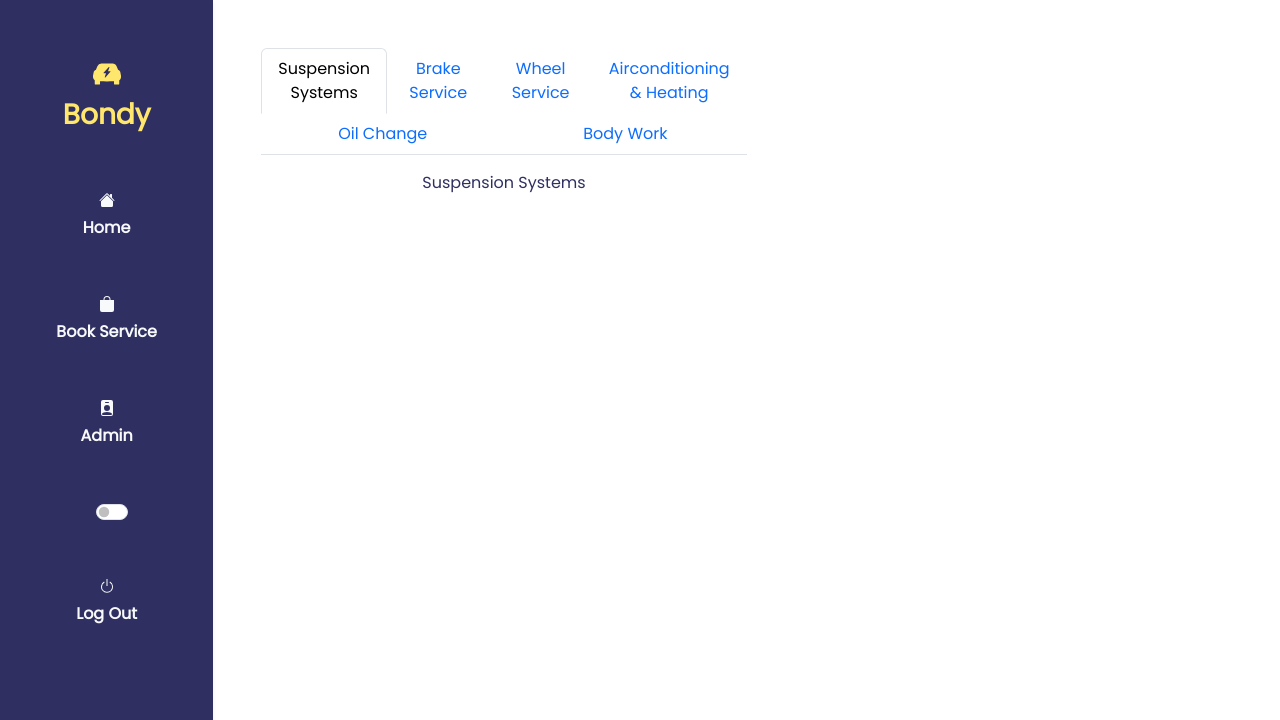
Repository: duzzisantos/bondy
Page: /book-service
These files come from the project's save history. The page is drawn as it stood at one moment and after the next save; the edit follows.
The browser window is 1280 px wide. The pictures show the whole page.
Some web libraries are served in a nearby version. The project was rebuilt for these pictures with package versions that can differ from the ones it lists, and the page was loaded fresh each time. Also part of the build but not shown: src/components/Home/LandingPage.scss, src/components/Home/LandingPageScrollContainer.tsx, src/components/Home/TrendingServices.tsx, src/views/LandingPage.tsx, src/components/Services/ServiceTemplate.tsx, src/views/Services.tsx.

Above is the page before, as saved 2023-06-25 15:24:50.

### public/index.html
<!DOCTYPE html>
<html lang="en">
  <head>
    <meta charset="utf-8" />
    <link rel="icon" href="%PUBLIC_URL%/favicon.ico" />
    <meta name="viewport" content="width=device-width, initial-scale=1" />
    <meta name="theme-color" content="#000000" />
    <meta
      name="description"
      content="Web site created using create-react-app"
    />
    <link rel="apple-touch-icon" href="%PUBLIC_URL%/logo192.png" />
    <!-- Option 1: Include in HTML -->
    <link
      rel="stylesheet"
      href="https://cdn.jsdelivr.net/npm/bootstrap-icons@1.3.0/font/bootstrap-icons.css"
    />
    <link rel="preconnect" href="https://fonts.googleapis.com" />
    <link rel="preconnect" href="https://fonts.gstatic.com" crossorigin />
    <!--
      manifest.json provides metadata used when your web app is installed on a
      user's mobile device or desktop. See https://developers.google.com/web/fundamentals/web-app-manifest/
    -->
    <link rel="manifest" href="%PUBLIC_URL%/manifest.json" />
    <!--
      Notice the use of %PUBLIC_URL% in the tags above.
      It will be replaced with the URL of the `public` folder during the build.
      Only files inside the `public` folder can be referenced from the HTML.

      Unlike "/favicon.ico" or "favicon.ico", "%PUBLIC_URL%/favicon.ico" will
      work correctly both with client-side routing and a non-root public URL.
      Learn how to configure a non-root public URL by running `npm run build`.
    -->
    <title>Bondy</title>
  </head>
  <body>
    <noscript>You need to enable JavaScript to run this app.</noscript>
    <div id="root"></div>
    <!--
      This HTML file is a template.
      If you open it directly in the browser, you will see an empty page.

      You can add webfonts, meta tags, or analytics to this file.
      The build step will place the bundled scripts into the <body> tag.

      To begin the development, run `npm start` or `yarn start`.
      To create a production bundle, use `npm run build` or `yarn build`.
    -->
  </body>
</html>

### src/index.js
import React from "react";
import ReactDOM from "react-dom/client";
import "./index.css";
import App from "./App";
import "bootstrap/dist/css/bootstrap.min.css";
import { BrowserRouter as Router } from "react-router-dom";

const root = ReactDOM.createRoot(document.getElementById("root"));
root.render(
  <React.StrictMode>
    <Router>
      <App />
    </Router>
  </React.StrictMode>
);

### src/App.js
import "./App.css";
import "bootstrap";
import SideBar from "./components/Navigation/SideBar";
import { Routes, Route } from "react-router-dom";
import LandingPage from "./views/LandingPage";
import Services from "./views/Services";
import BookService from "./views/BookService";
function App() {
  return (
    <div className="App d-flex flex-row flex-nowrap vh-100">
      <SideBar />
      <main className="col-12 ms-auto d-flex flex-column vh-100">
        <Routes>
          <Route path="/" element={<LandingPage />} />
          <Route path="/home" element={<LandingPage />} />
          <Route path="services/:category" element={<Services />} />
          <Route path="book-service" element={<BookService />} />
        </Routes>
      </main>
    </div>
  );
}

export default App;

### src/App.css
@import url("https://fonts.googleapis.com/css2?family=Cabin&family=Montserrat:wght@200&family=Poppins&display=swap");

* {
  font-family: "Poppins", sans-serif;
}
.App {
  text-align: center;
}

.custom-color {
  color: #2f3061 !important;
}

.custom-bg-color {
  background-color: #2f3061;
}

.custom-border {
  border: 1px solid #2f3061;
}

.custom-border-5 {
  border-right-style: solid !important;
  border-right-width: 8px !important;
  border-right-color: #2f3061 !important;
}

.image-height {
  height: fit-content;
  width: fit-content;
}

### src/components/Navigation/SideBar.tsx
import React, { FunctionComponent, useState } from "react";
import "react-bootstrap";
import "../../App.css";
import "./Navigation.scss";
import { Link } from "react-router-dom";
import {
  HouseFill,
  BagFill,
  PersonBadgeFill,
  Power,
  EvFrontFill,
  // MenuButtonWideFill,
  SunFill,
  MoonFill,
} from "react-bootstrap-icons";

const SideBar: FunctionComponent = () => {
  //Refactor this
  const [hoverHome, setHoverHome] = useState(false);
  // const [hoverServices, setHoverServices] = useState(false);
  const [hoverBookService, setHoverBookService] = useState(false);
  const [hoverAdmin, setHoverAdmin] = useState(false);
  const [hoverLogout, setHoverLogout] = useState(false);

  const commonLinkClasses = `d-flex flex-column justify-content-center align-items-center p-1 gap-2 brand-icon-color
   text-decoration-none fw-bold`;

  return (
    <div className="col-2 vh-100 custom-bg-color shadow-sm p-5 text-light d-flex flex-column vstack gap-5 sidebar-fixed">
      <Link to={"/"} className={commonLinkClasses + " fs-3"}>
        <span>
          <EvFrontFill className="brand-icon-color" /> Bondy
        </span>
      </Link>
      <Link
        to={"/home"}
        id="home"
        className={`d-flex flex-column justify-content-center align-items-center p-1 gap-2 text-decoration-none fw-bold ${
          hoverHome ? "brand-icon-color" : "text-light"
        }`}
        onMouseEnter={() => setHoverHome(true)}
        onMouseLeave={() => setHoverHome(false)}
        title="Home"
      >
        <HouseFill />
        Home
      </Link>

      <Link
        to={"/book-service"}
        id="book-service"
        className={`d-flex flex-column justify-content-center align-items-center p-1 gap-2 text-decoration-none fw-bold ${
          hoverBookService ? "brand-icon-color" : "text-light"
        }`}
        onMouseEnter={() => setHoverBookService(true)}
        onMouseLeave={() => setHoverBookService(false)}
        title="Book Service"
      >
        <BagFill />
        Book Service
      </Link>

      <Link
        to={"/admin"}
        id="admin"
        className={`d-flex flex-column justify-content-center align-items-center p-1 gap-2 text-decoration-none fw-bold ${
          hoverAdmin ? "brand-icon-color" : "text-light"
        }`}
        onMouseEnter={() => setHoverAdmin(true)}
        onMouseLeave={() => setHoverAdmin(false)}
        title="Admin"
      >
        <PersonBadgeFill />
        Admin
      </Link>

      <div className="form-check form-switch px-5 d-flex flex-row flex-nowrap">
        <SunFill className="mx-auto mt-1" />
        <input
          className="form-check-input mx-auto"
          type="checkbox"
          role="switch"
          id="flexSwitchCheckChecked"
          title="Switch display mode"
        />
        <MoonFill className="mx-auto mt-1" />
      </div>

      <Link
        to={"/logout"}
        id="logout"
        className={`d-flex flex-column justify-content-center align-items-center p-1 gap-2 text-decoration-none fw-bold ${
          hoverLogout ? "brand-icon-color" : "text-light"
        }`}
        onMouseEnter={() => setHoverLogout(true)}
        onMouseLeave={() => setHoverLogout(false)}
        title="Logout"
      >
        <Power />
        Log Out
      </Link>
    </div>
  );
};

export default SideBar;

### src/views/BookService.tsx
import React, { FunctionComponent } from "react";
import { Tabs, Tab } from "react-bootstrap";
import { mockServiceData } from "src/data/mockData";
const BookService: FunctionComponent = () => {
  return (
    <div className="col-10 px-5 pt-5 py-5 ms-auto vh-100 vstack gap-5 d-flex flex-column custom-color">
      <div className="col-6">
        <Tabs justify className="mb-3">
          {mockServiceData.map((element, index) => (
            <Tab
              key={index}
              eventKey={`${element.category.toLowerCase()}`}
              title={element.category}
            >
              {element.category}
            </Tab>
          ))}
        </Tabs>
      </div>
    </div>
  );
};

export default BookService;

### src/components/Navigation/Navigation.scss
.brand-icon-color {
  color: #ffe66d !important;
}

.sidebar-fixed {
  position: fixed !important;
}

### src/components/Home/landingPageContent.tsx
import React from "react";
import {
  Gear,
  GearWideConnected,
  WrenchAdjustableCircleFill,
  Fan,
  DropletHalf,
  CarFrontFill,
} from "react-bootstrap-icons";
export const servicesList = [
  {
    id: 1,
    category: "Suspension Systems",
    icon: <Gear />,
  },
  {
    id: 2,
    category: "Brake Service",
    icon: <GearWideConnected />,
  },
  {
    id: 3,
    category: "Wheel Service",
    icon: <WrenchAdjustableCircleFill />,
  },
  {
    id: 4,
    category: "Airconditioning & Heating",
    icon: <Fan />,
  },
  {
    id: 5,
    category: "Oil Change",
    icon: <DropletHalf />,
  },
  {
    id: 6,
    category: "Body Work",
    icon: <CarFrontFill />,
  },
];

### src/data/mockData.ts
type Mockdata = {
  category: string;
  description: string;
  contactPerson: any;
  images: any[];
};

export const mockServiceData: Mockdata[] = [
  {
    category: "Suspension Systems",
    description:
      "Improve your vehicle's stability and handling with our professional suspension system services. Our skilled technicians will ensure your suspension is properly tuned and aligned, providing you with a smooth and comfortable ride on any road. Contact us today to schedule an appointment!",
    contactPerson: {
      name: "John Doe",
      email: "john.doe@bondy-shop.net",
      fax: "0099887766",
    },
    images: [
      {
        link: "data:[embedded picture, 15335 characters]",
      },
      {
        link: "data:[embedded picture, 11971 characters]",
      },
      {
        link: "data:[embedded picture, 14759 characters]",
      },
      {
        link: "data:[embedded picture, 14759 characters]",
      },
    ],
  },
  {
    category: "Brake Service",
    description:
      "Ensure your safety on the road by maintaining reliable brakes. Our experienced mechanics offer comprehensive brake services, including inspections, repairs, and replacements. Don't compromise on braking performance. Reach out to our team today!",
    contactPerson: {
      name: "John Appleseed",
      email: "john.appleseed@bondy-shop.net",
      fax: "0099887766",
    },
    images: [
      {
        link: "data:[embedded picture, 9691 characters]",
      },
      {
        link: "https://encrypted-tbn0.gstatic.com/images?q=tbn:ANd9GcT0gPAwpGIxBheY71yRWmmRxI0R_JWL3elfJA&usqp=CAU",
      },
      {
        link: "https://encrypted-tbn0.gstatic.com/images?q=tbn:ANd9GcQpTpLkB-wcm8bVOOCUjNWxcLhslEygc0F4SQ&usqp=CAU",
      },
      {
        link: "https://encrypted-tbn0.gstatic.com/images?q=tbn:ANd9GcS7B5752ThTWUqTD9ojL736W_MmtrOqJzZigjK2ykyVyIdXmxxuG062OSKb21H3PUIszcE&usqp=CAU",
      },
    ],
  },
  {
    category: "Wheel Service",
    description:
      "Experience improved handling and extended tire life with our professional wheel services. From wheel alignment to tire rotation, our technicians will ensure your wheels are in optimal condition. Get in touch with us now for top-notch wheel service!",
    contactPerson: {
      name: "Tracy Wallis",
      email: "tracy.wallis@bondy-shop.net",
      fax: "0099882266",
    },
    images: [
      {
        link: "data:[embedded picture, 12847 characters]",
      },
      {
        link: "data:[embedded picture, 9703 characters]",
      },
      {
        link: "https://encrypted-tbn0.gstatic.com/images?q=tbn:ANd9GcQaWgpKXJWWJMNxyWTHBldc0A2McFDZTZiD_A&usqp=CAU",
      },
      {
        link: "data:[embedded picture, 11635 characters]",
      },
    ],
  },
  {
    category: "Airconditioning & Heating",
    description:
      "Stay comfortable in any weather with our reliable A/C and heating services. Whether it's repairing your air conditioning system or ensuring your heating is working efficiently, our experts have you covered. Contact us today and enjoy a pleasant driving experience!",
    contactPerson: {
      name: "Ekene Olisa",
      email: "ekene.olisa@bondy-shop.net",
      fax: "0099882266",
    },
    images: [
      {
        link: "https://encrypted-tbn0.gstatic.com/images?q=tbn:ANd9GcR3qT08rB2rXOjC3oQ20Ntryrq4xjUyRf3FObIcIRwS_n3qZnJbinZqUyQbtRkV0gXKPyc&usqp=CAU",
      },
      {
        link: "data:[embedded picture, 11699 characters]",
      },
      {
        link: "https://encrypted-tbn0.gstatic.com/images?q=tbn:ANd9GcQLC1pgYQxu5VTfpPUt2QFXQGFb8zRuRp2LR4Bxb00g63Ke3Jwc4KSCI-0iVZf4_k_n9Dc&usqp=CAU",
      },
      {
        link: "https://encrypted-tbn0.gstatic.com/images?q=tbn:ANd9GcRNjd4HJj0lEOeZu-f3T8s1ry-KS_1rUosgTA&usqp=CAU",
      },
    ],
  },
  {
    category: "Oil Change",
    description:
      "Maintain your engine's performance with our quick and efficient oil change service. Our skilled technicians will replace your old oil with high-quality lubricants, ensuring optimal engine function. Don't neglect this essential maintenance task. Visit us today!",
    contactPerson: {
      name: "Obinna Duru",
      email: "obinna.duru@bondy-shop.net",
      fax: "0099882266",
    },
    images: [
      {
        link: "data:[embedded picture, 11747 characters]",
      },
      {
        link: "https://encrypted-tbn0.gstatic.com/images?q=tbn:ANd9GcTwVtYiu9dIxaeqwPnZTnIPSYLYPtnAoV7nEg&usqp=CAU",
      },
      {
        link: "https://encrypted-tbn0.gstatic.com/images?q=tbn:ANd9GcR6bklbDJEUkqi58MQCfsBcIx8dWo8wNezHMg&usqp=CAU",
      },
      {
        link: "https://encrypted-tbn0.gstatic.com/images?q=tbn:ANd9GcTQFEl0Sa_h9Yl5KELgGxtqDLDgbaS3F-UlYg&usqp=CAU",
      },
    ],
  },
  {
    category: "Body Work",
    description:
      "Restore your vehicle's appearance to its former glory with our top-notch body repair services. From minor dents to major collision repairs, our expert technicians will skillfully restore your vehicle. Trust us to deliver exceptional results. Contact us for a consultation!",
    contactPerson: {
      name: "Emily Okafor",
      email: "emily.okafor@bondy-shop.net",
      fax: "0099882266",
    },
    images: [
      {
        link: "data:[embedded picture, 12547 characters]",
      },
      {
        link: "data:[embedded picture, 10815 characters]",
      },
      {
        link: "data:[embedded picture, 11667 characters]",
      },
      {
        link: "data:[embedded picture, 10083 characters]",
      },
    ],
  },
];

Loaded but not shown: src/index.css (common file)

After the next save:
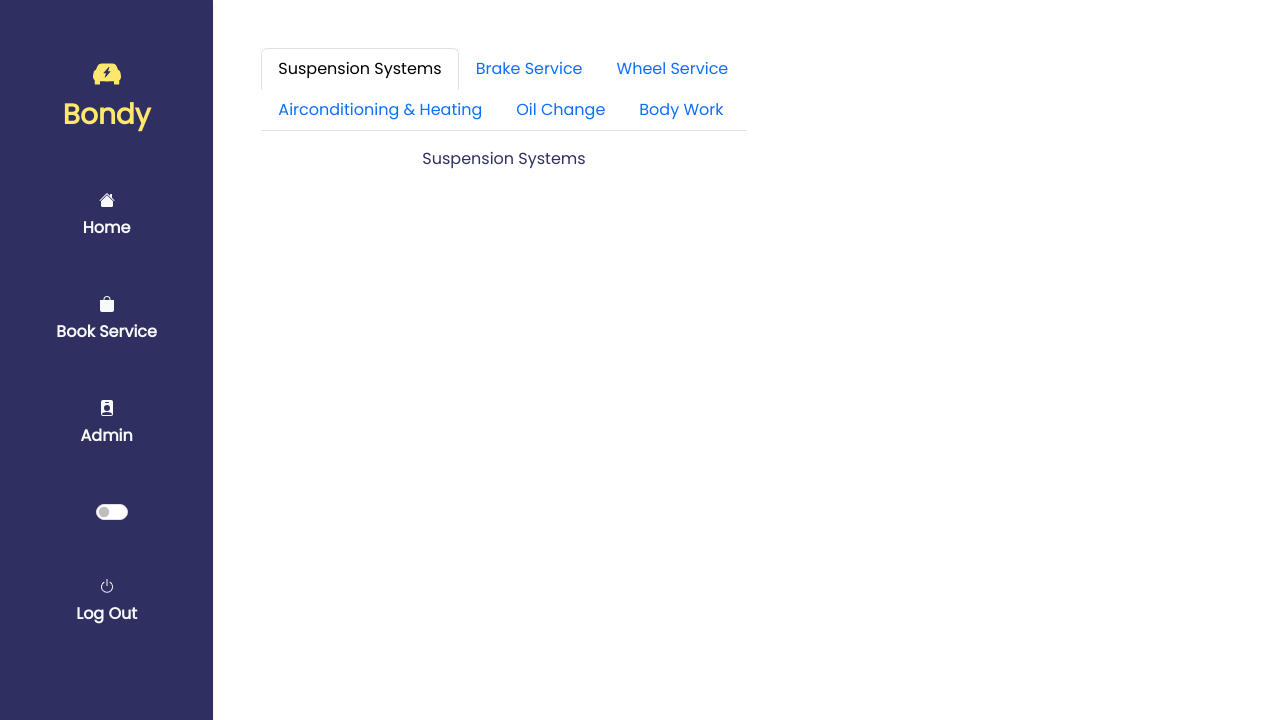
Saved 8 s later.
--- a/src/views/BookService.tsx
+++ b/src/views/BookService.tsx
@@ -5,7 +5,7 @@
   return (
     <div className="col-10 px-5 pt-5 py-5 ms-auto vh-100 vstack gap-5 d-flex flex-column custom-color">
       <div className="col-6">
-        <Tabs justify className="mb-3">
+        <Tabs className="mb-3">
           {mockServiceData.map((element, index) => (
             <Tab
               key={index}

After the save that followed:
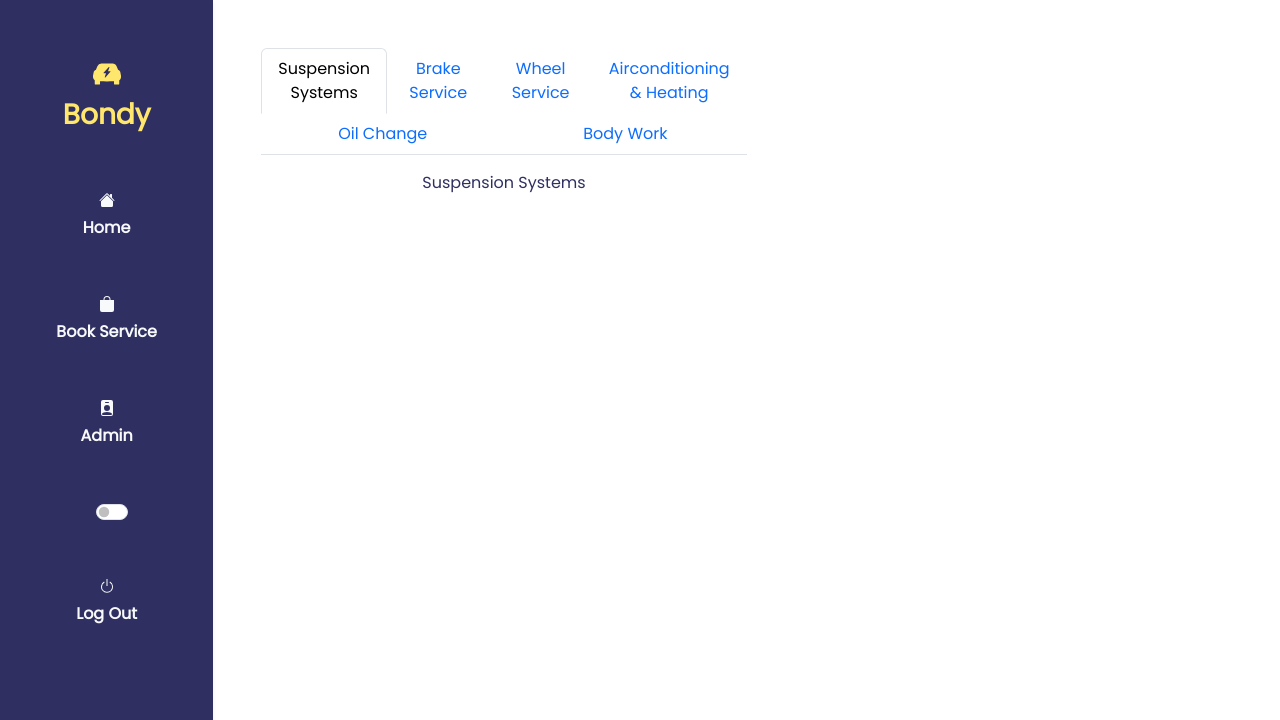
Saved 6 s later.
--- a/src/views/BookService.tsx
+++ b/src/views/BookService.tsx
@@ -5,7 +5,7 @@
   return (
     <div className="col-10 px-5 pt-5 py-5 ms-auto vh-100 vstack gap-5 d-flex flex-column custom-color">
       <div className="col-6">
-        <Tabs className="mb-3">
+        <Tabs justify className="mb-3">
           {mockServiceData.map((element, index) => (
             <Tab
               key={index}
